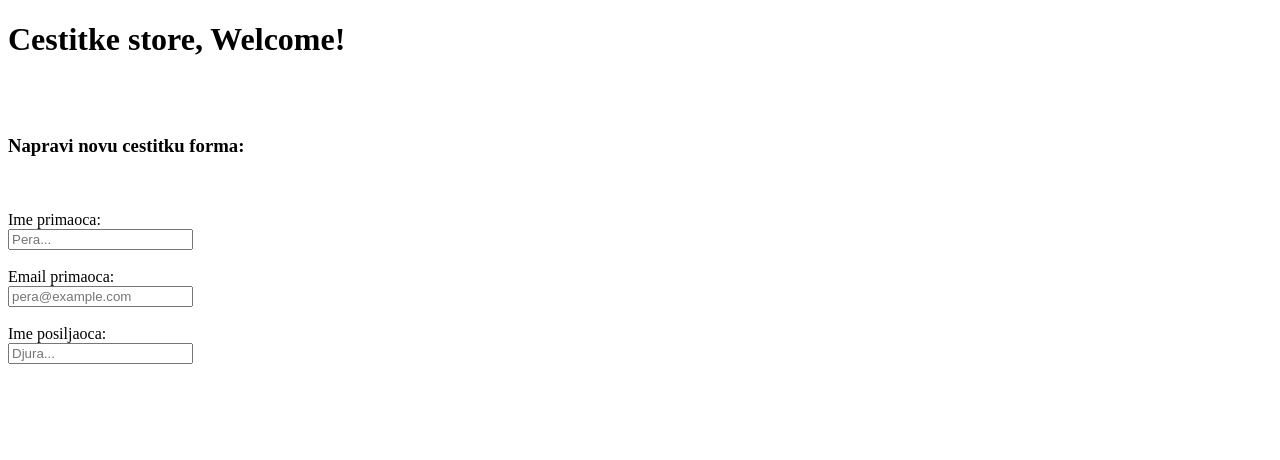
Repository: ObradovicNikola/pmf-rzk-part2
Page: http://localhost/CestitkeWEB/
These files come from the project's save history. The page is drawn as it stood at one moment and after the next save; the edit follows.
The browser window is 1280 px wide. The pictures show the whole page.
The page is served by Tomcat 9.

Above is the page before, as saved 2022-12-06 18:38:14.

### CestitkeWEB/src/main/webapp/index.jsp
<%@ page language="java" contentType="text/html; charset=UTF-8"
    pageEncoding="UTF-8"%>
<!DOCTYPE html>
<html>
<head>
<meta charset="UTF-8">
<title>Cestitke</title>
</head>
<body>
	<h1>Cestitke store, Welcome!</h1>

	<br />
	<br />
	<h3>Napravi novu cestitku forma:</h3>
	<br />
	<br />
	<form action="CestitkeServlet">
		<label>Ime primaoca:</label>
		<br />
		<input type="text" name="to" placeholder="Pera..." required />
		<br />
		<br />
		<label>Email primaoca:</label>
		<br />
		<input type="email" name="to" placeholder="pera@example.com" required />
		<br />
		<br />
		<label>Ime posiljaoca:</label>
		<br />
		<input type="text" name="from" placeholder="Djura..." required />
		<br />
		<br />
	</form>
</body>
</html>

After the next save:
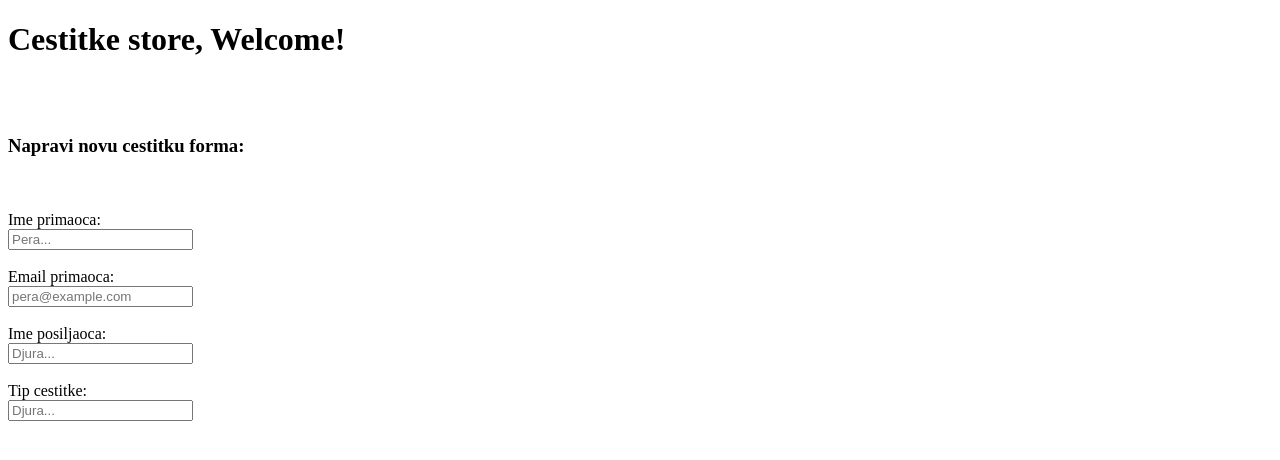
Saved 18 s later.
--- a/CestitkeWEB/src/main/webapp/index.jsp
+++ b/CestitkeWEB/src/main/webapp/index.jsp
@@ -20,12 +20,20 @@
 		<input type="text" name="to" placeholder="Pera..." required />
 		<br />
 		<br />
+
 		<label>Email primaoca:</label>
 		<br />
 		<input type="email" name="to" placeholder="pera@example.com" required />
 		<br />
 		<br />
+
 		<label>Ime posiljaoca:</label>
+		<br />
+		<input type="text" name="from" placeholder="Djura..." required />
+		<br />
+		<br />
+
+		<label>Tip cestitke:</label>
 		<br />
 		<input type="text" name="from" placeholder="Djura..." required />
 		<br />
